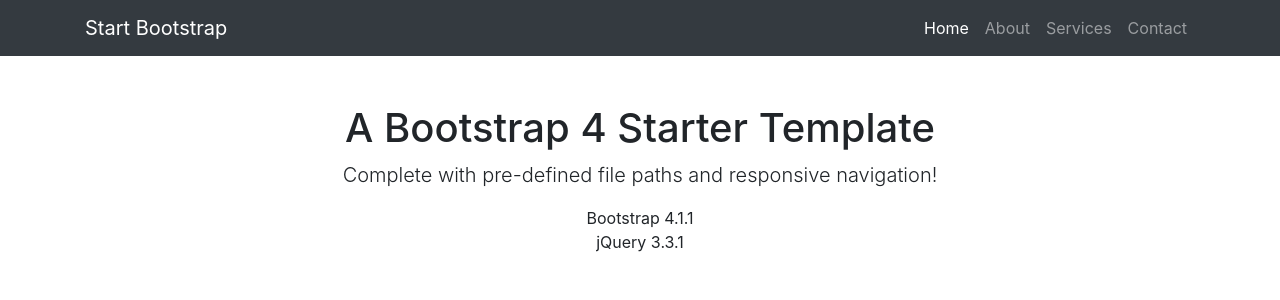
Repository: lukawitch/DB_Homework
Page: http://localhost/DB_Gallary/
These files come from the project's save history. The page is drawn as it stood at one moment and after the next save; the edit follows.
The browser window is 1280 px wide. The pictures show the whole page.
The page is served by Tomcat 9. Other server files are loaded and not shown.

Above is the page before, as saved 2018-06-10 02:56:00.

### DB_Gallary/WebContent/index.jsp
<%@ page language="java" contentType="text/html; charset=EUC-KR"
    pageEncoding="EUC-KR"%>
<!DOCTYPE html PUBLIC "-//W3C//DTD HTML 4.01 Transitional//EN" "http://www.w3.org/TR/html4/loose.dtd">
<html>
<head>

    <meta charset="utf-8">
    <meta name="viewport" content="width=device-width, initial-scale=1, shrink-to-fit=no">
    <meta name="description" content="">
    <meta name="author" content="">

    <title>Bare - Start Bootstrap Template</title>

    <!-- Bootstrap core CSS -->
    <link href="./bootstrap/vendor/bootstrap/css/bootstrap.min.css" rel="stylesheet">

    <!-- Custom styles for this template -->
    <style>
      body {
        padding-top: 54px;
      }
      @media (min-width: 992px) {
        body {
          padding-top: 56px;
        }
      }

    </style>

  </head>

  <body>

    <!-- Navigation -->
    <nav class="navbar navbar-expand-lg navbar-dark bg-dark fixed-top">
      <div class="container">
        <a class="navbar-brand" href="#">Start Bootstrap</a>
        <button class="navbar-toggler" type="button" data-toggle="collapse" data-target="#navbarResponsive" aria-controls="navbarResponsive" aria-expanded="false" aria-label="Toggle navigation">
          <span class="navbar-toggler-icon"></span>
        </button>
        <div class="collapse navbar-collapse" id="navbarResponsive">
          <ul class="navbar-nav ml-auto">
            <li class="nav-item active">
              <a class="nav-link" href="#">Home
                <span class="sr-only">(current)</span>
              </a>
            </li>
            <li class="nav-item">
              <a class="nav-link" href="#">About</a>
            </li>
            <li class="nav-item">
              <a class="nav-link" href="#">Services</a>
            </li>
            <li class="nav-item">
              <a class="nav-link" href="#">Contact</a>
            </li>
          </ul>
        </div>
      </div>
    </nav>

    <!-- Page Content -->
    <div class="container">
      <div class="row">
        <div class="col-lg-12 text-center">
          <h1 class="mt-5">A Bootstrap 4 Starter Template</h1>
          <p class="lead">Complete with pre-defined file paths and responsive navigation!</p>
          <ul class="list-unstyled">
            <li>Bootstrap 4.1.1</li>
            <li>jQuery 3.3.1</li>
          </ul>
        </div>
      </div>
    </div>

    <!-- Bootstrap core JavaScript -->
    <script src="./bootstrap/vendor/jquery/jquery.min.js"></script>
    <script src="./bootstrap/vendor/bootstrap/js/bootstrap.bundle.min.js"></script>

  </body>
</html>

After the next save:
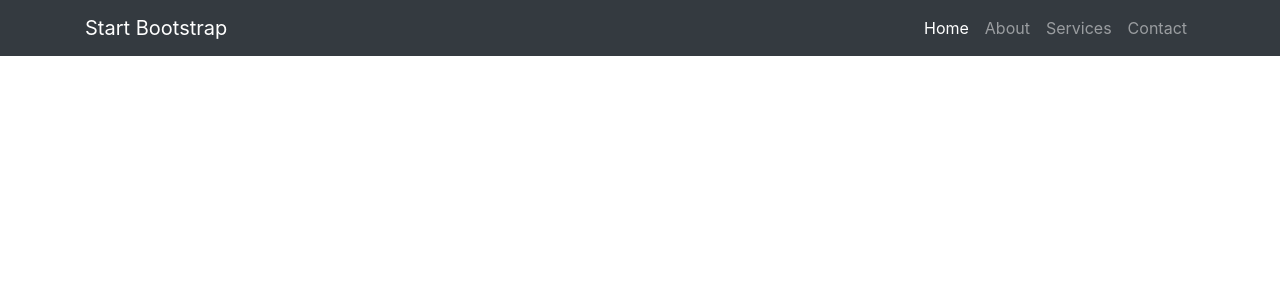
Saved 56 s later.
--- a/DB_Gallary/WebContent/index.jsp
+++ b/DB_Gallary/WebContent/index.jsp
@@ -59,16 +59,7 @@
       </div>
     </nav>
 
-    <!-- Page Content -->
-    <div class="container">
-      <div class="row">
-        <div class="col-lg-12 text-center">
-          <h1 class="mt-5">A Bootstrap 4 Starter Template</h1>
-          <p class="lead">Complete with pre-defined file paths and responsive navigation!</p>
-          <ul class="list-unstyled">
-            <li>Bootstrap 4.1.1</li>
-            <li>jQuery 3.3.1</li>
-          </ul>
+
         </div>
       </div>
     </div>
